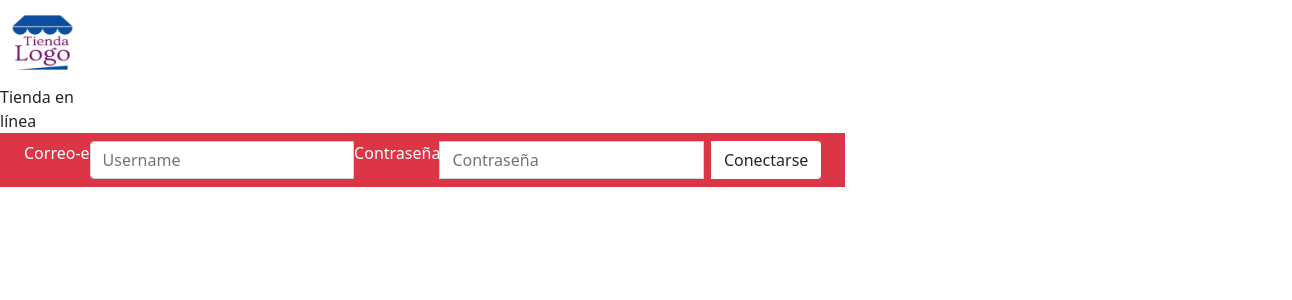
Repository: nicorp00/bootstrapSass
Page: Main/index.html
An editor plug-in stored every save of this project. The page is shown before and after the next save, followed by the edit.
The browser window is 1280 px wide. The page is 1292 px wide, so the pictures cover 1292 px, including what lies to the right of the window. The pictures show the whole page.
The style sheet was rebuilt from its Sass, Less or Tailwind sources for each picture, by a compiler version that may differ from the author's.

Above is the page before, as saved 2022-03-25 11:05:20.

After the next save:
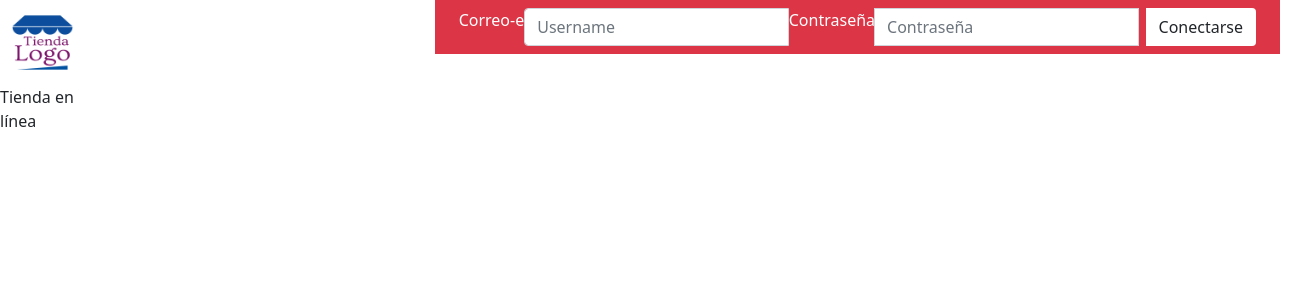
Saved 4 s later.
--- a/Main/index.html
+++ b/Main/index.html
@@ -14,7 +14,7 @@
             <img src="img/logo.png" class="img-fluid" alt="...">
             <span>Tienda en línea</span>
         </div>
-        <div class="col-"></div>
+        <div class="col-3"></div>
         <div class="top-nav col-8">
             <nav class="navbar navbar-danger bg-danger">
                 <form class="container-fluid">
